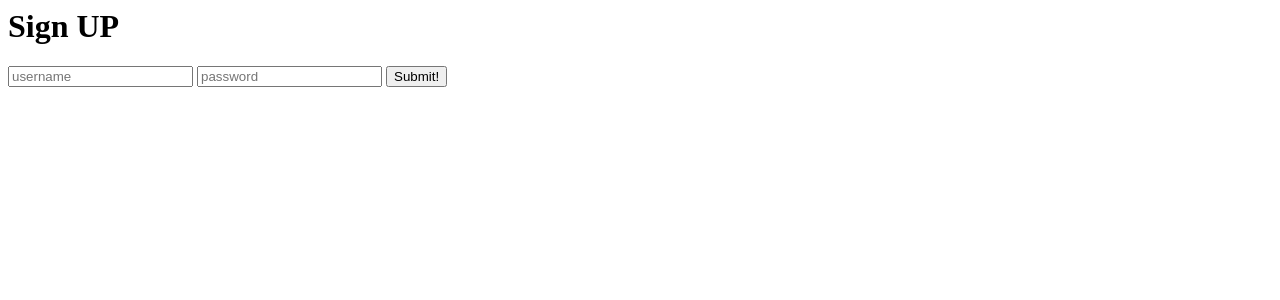
Repository: bosicheng/yelpcamp-project
Page: http://localhost/register
The author's editor kept a record of every edit. The page is drawn from the files as they stood at one moment, then again after the next edit.
The browser window is 1280 px wide. The pictures show the whole page.
The page is served by the project's Node server (Authentication/AuthDemo/app.js). Other server files are loaded and not shown.

Above is the page before.

### Authentication/AuthDemo/views/register.ejs
<h1>Sign UP</h1>


<form>
    <input type='text' name='username' placeholder='username'>
    <input type='text' name='password' placeholder='password'>
    <!--这里，在form表单最后，可以写input type='submit' 也可以直接放一个button-->
    <!--因为只要button是form表单最后一行，点击它就会自动提交表单-->
    <button>Submit!</button>
</form>

### Authentication/AuthDemo/app.js
var express=require("express");
var app=express();
var mongoose=require('mongoose');
var passport=require("passport");
var bodyParser=require('body-parser');
var localStrategy=require('passport-local');
var passportLocalMongoose=require("passport-local-mongoose");
var User=require("./models/user");
var expressSession=require("express-session");

mongoose.connect("mongodb://localhost/auth_demo_app",{ useNewUrlParser: true });

app.use(expressSession({
    // 这里的secret是用来编码和解码进程的
    // 因为在进程中我们不会把数据存储为普通的英语
    secret:"aaa",
    resave:false,
    saveUninitialized:false
}))

app.use(passport.initialize());
app.use(passport.session());

// 这两行代码是负责从进程中读取数据并进行编码和解码
passport.serializeUser(User.serializeUser());
passport.deserializeUser(User.deserializeUser());
passport.use(new localStrategy(User.authenticate()));

app.set('view engine','ejs')

// 只要用form表单传数据都需要用到这行代码
app.use(bodyParser.urlencoded({extended:true}));

//ROUTES

app.get('/',function(req,res){
    res.render('home')
})

// 使用middleware操作阻止直接进入secret页，需要判断是否loggedin
app.get('/secret',isLoggedIn,function(req,res){
    res.render('secret')
})

//Authentication ROUTES
//show sign up form
app.get('/register',function(req,res){
    res.render('register')
})

app.post('/register',function(req,res){
    // 这里的逻辑是：form表单提交了req.body.username
    // 然后    .register方法新建user对象把username和传过来的username hash成对，再单独传password
    // 建立账户密码以后可以去数据库中查看，可以发现密码被编码成很长的一串
    User.register(new User({username:req.body.username}),req.body.password,function(err,user){
        if(err){
            console.log(err)
            return res.render('register')
        }
        passport.authenticate("local")(req, res, function(){
           res.redirect("/secret");
        });
    })
})

//LOGIN ROUTE
app.get('/login',function(req,res){
    res.render('login')
})

//login logic
// 但是这里不能直接post，是需要检测账号密码是否正确
//middleware: run before the final route callback,在route的开始和结束中间
app.post('/login',passport.authenticate('local',{
    successRedirect:'/secret',
    failureRedirect:'/login'
}),function(req,res){

})


app.get('/logout',function(req,res){
    // 下面指令的意义是passport会清除user所有在进程中的数据
    req.logout();
    res.redirect('/login')
})

// 这里的next指的就是最后一个route，也就是final callback
function isLoggedIn(req,res,next){
    if(req.isAuthenticated()){
        // 继续下一步
        return next();
    }
    res.redirect('/login')
}



app.listen(process.env.PORT,process.env.IP,function(){
    console.log('Server Started!')
})

After the next edit:
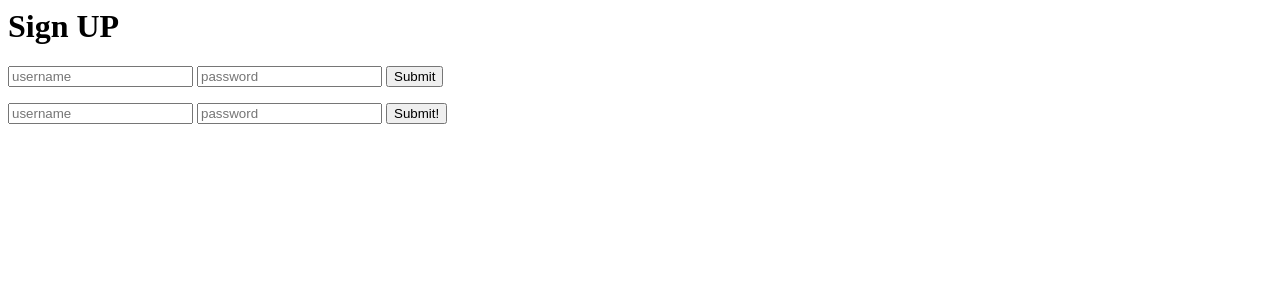
The edit:
--- a/Authentication/AuthDemo/views/register.ejs
+++ b/Authentication/AuthDemo/views/register.ejs
@@ -1,7 +1,14 @@
 <h1>Sign UP</h1>
 
+<form action="/register" method="POST">
+    <input type="text" name="username" placeholder="username">
+    <input type="password" name="password" placeholder="password">
+    <button>Submit</button>
+</form>
 
-<form>
+
+
+<form action='/register' method='POST'>
     <input type='text' name='username' placeholder='username'>
     <input type='text' name='password' placeholder='password'>
     <!--这里，在form表单最后，可以写input type='submit' 也可以直接放一个button-->
